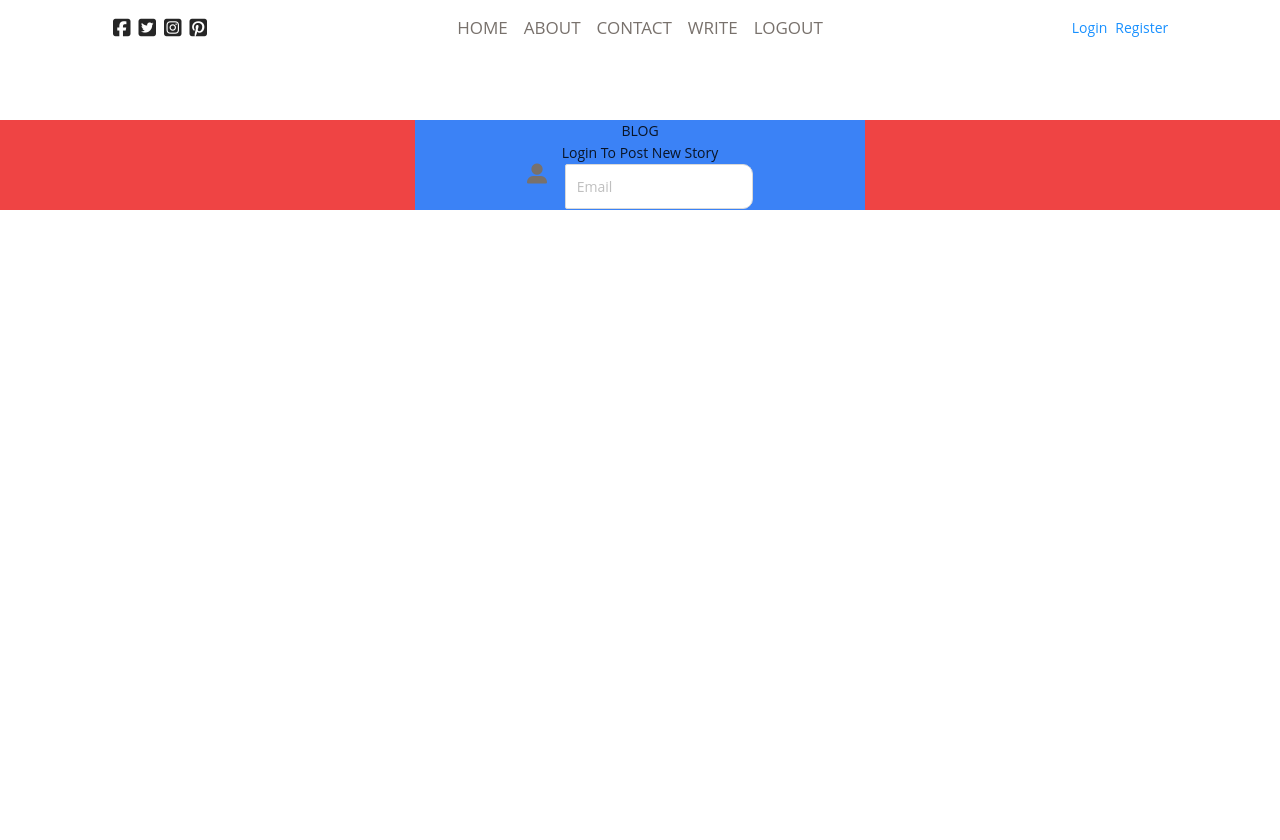
Repository: truongnguyenuit/Blog_App_ver2
Page: /login (app in client/)
The author's editor kept a copy of each file at every save. The page is drawn from the files as they stood at one save, then again after the next save.
The browser window is 1280 px wide. The pictures show the whole page.
Some web libraries are served in a nearby version. The project was rebuilt for these pictures with package versions that can differ from the ones it lists, and the page was loaded fresh each time. Also part of the build but not shown: client/src/components/AboutComponent.js, client/src/pages/HomePage.js, client/src/pages/RegisterPage.js.

Above is the page before, as saved 2022-07-18 11:31:45.

### client/public/index.html
<!DOCTYPE html>
<html lang="en">
  <head>

    <meta charset="utf-8" />
    <meta name="viewport" content="width=device-width, initial-scale=1" />
    <meta
      name="description"
      content="Web site created using create-react-app"
    />
    <style>
      *{
        font-family: 'Open Sans', sans-serif;
        margin: 0;
      }
    </style>
    <script src="https://kit.fontawesome.com/cd2089affa.js" crossorigin="anonymous"></script>
    <title>Blog App</title>

  </head>
  <body>

    <noscript>You need to enable JavaScript to run this app.</noscript>
    <div id="root"></div>

  </body>
</html>

### client/src/index.js
import React from 'react';
import ReactDOM from 'react-dom/client';
import './index.css';
import App from './App';
import 'antd/dist/antd.min.css'


const root = ReactDOM.createRoot(document.getElementById('root'));
root.render(
  <React.StrictMode>
    <App />
  </React.StrictMode>
);

### client/src/App.js
import { BrowserRouter, Route, Routes } from "react-router-dom";
import { configRouter } from './router/configRouter';
import NavbarComponent from './components/NavbarComponent';
function App() {
  return (
    <div>
      <BrowserRouter>
        <div className="fixed top-0 left-0 right-0 z-10">
          <NavbarComponent />
        </div>
        <div className="mt-[50px]"></div>
        <Routes>
          {configRouter.map((item, index) => {
            return (
              <Route
                key={index}
                path={item.path}
                element={item.page}
              />
            );
          })}

        </Routes>

      </BrowserRouter>
    </div>
  );
}

export default App;

### client/src/router/configRouter.js
import HomePage from "../pages/HomePage";
import LoginPage from "../pages/LoginPage";
import RegisterPage from "../pages/RegisterPage";
import { pathName } from "./pathName";

export const configRouter=[
  {
    path: pathName.home,
    page: <HomePage/>,
  },
  {
    path: pathName.login,
    page: <LoginPage/>,
  },
  {
    path: pathName.register,
    page: <RegisterPage/>
  }
]

### client/src/components/NavbarComponent.js
import React from 'react'
import { Link } from "react-router-dom";
import { Row, Col } from "antd"
import { pathName } from '../router/pathName';

const NavigateRouter = [
  {
    path: "",
    name: "HOME",
  },
  {
    path: "",
    name: "ABOUT",
  },
  {
    path: "",
    name: "CONTACT",
  },
  {
    path: "",
    name: "WRITE",
  },
  {
    path: "",
    name: "LOGOUT",
  },
];

const NavbarComponent = () => {
  return (
    <div className="bg-white">
      <Row >

        <Col span={6} className="h-14">
          <div className="flex justify-center items-center text-[20px] gap-2 h-14">
            <i className="fa-brands fa-facebook-square cursor-pointer"></i>
            <i className="fa-brands fa-twitter-square cursor-pointer"></i>
            <i className="fa-brands fa-instagram-square cursor-pointer"></i>
            <i className="fa-brands fa-pinterest-square cursor-pointer"></i>
          </div>
        </Col>

        <Col span={12} className="h-14">
          <nav>
            <ul className="flex justify-center items-center text-[17px] gap-4 h-14">
              {NavigateRouter.map((item, index) => {
                return (
                  <li key={index}>
                    <Link to={item.path} className="text-stone-500 hover:text-stone-400">
                      {item.name}
                    </Link>
                  </li>
                );

              })}
            </ul>
          </nav>
        </Col>

        <Col span={6} className="h-14">
          <div className="flex justify-center items-center gap-2 h-14">
            <Link to={pathName.login}>
              Login
            </Link>
            <Link to={pathName.register}>
              Register
            </Link>
          </div>
        </Col>

      </Row>
    </div>
  )
}

export default NavbarComponent

### client/src/pages/LoginPage.js
import React from 'react'
import { Button, Input, Row, Col } from "antd";
import { pathName } from "../router/pathName";
import { Link, useNavigate } from "react-router-dom";
const LoginPage = () => {
  return (
    <div className='bg-red-500  mt-[120px] flex justify-center'>
      <div className="bg-blue-500 w-[450px] flex flex-col items-center">
        <span>
          BLOG
        </span>
        <span className="s">
          Login To Post New Story
        </span>
        <form onSubmit={''}>
          <Row>
            <Col span={4}>
              <i className="fa-solid fa-user-large text-[20px] text-stone-500"></i>

            </Col>
            <Col span={20}>
              <Input
                placeholder="Email"
                style={{
                  height: 45,
                  borderTopRightRadius: 10,
                  borderBottomRightRadius: 10,
                }}
              />
            </Col>
          </Row>
          <Row>
            <Col span={4}>

            </Col>
            <Col span={20}>

            </Col>
          </Row>
        </form>
      </div>

    </div>
  )
}

export default LoginPage

### client/src/router/pathName.js
export const pathName = {
  home: "/",

  login: "/login",
  register: "/register",

}

### client/tailwind.config.js
/** @type {import('tailwindcss').Config} */
module.exports = {
  content: ["./src/**/*.{html,js,jsx,ts}"],
  theme: {
    extend: {},
  },
  plugins: [],
}

Loaded but not shown: client/src/index.css (common file)

After the next save:
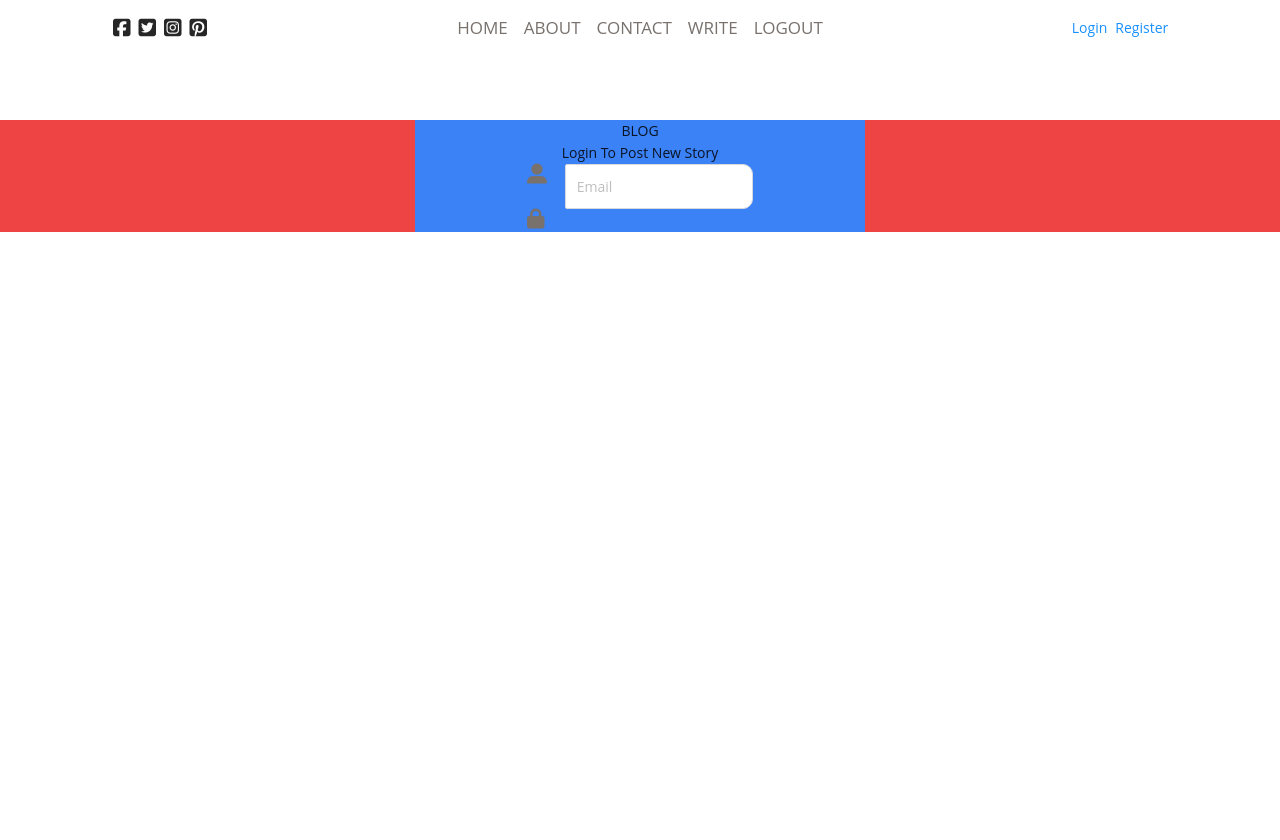
Saved 3 min 22 s later.
--- a/client/src/pages/LoginPage.js
+++ b/client/src/pages/LoginPage.js
@@ -31,7 +31,7 @@ const LoginPage = () => {
           </Row>
           <Row>
             <Col span={4}>
-
+            <i className="fa-solid fa-lock text-[20px] text-stone-500"></i>
             </Col>
             <Col span={20}>
 
